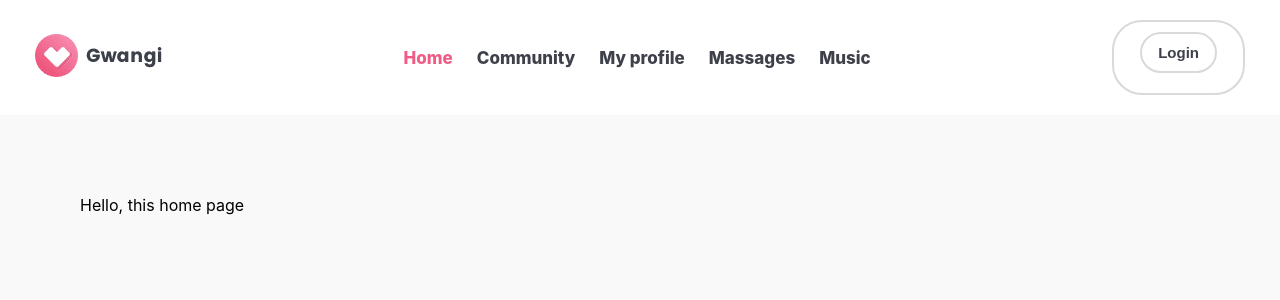
Repository: ShokunLiubov/Soc-Network-React
Page: /home
An editor plug-in stored every save of this project. The page is shown before and after the next save, followed by the edit.
The browser window is 1280 px wide. The pictures show the whole page.
The project was rebuilt for these pictures with package versions that can differ from the ones it lists, and the page was loaded fresh each time. Also part of the build but not shown: src/components/common/Paginator/Paginator.module.css, src/components/common/Paginator/Paginator.jsx, src/components/Community/Community.module.css, src/components/Community/Friend/Friend.jsx, src/components/Community/Community.jsx, src/components/common/Preloader/Preloader.jsx, src/components/Community/CommunityContainer.jsx, src/components/Dialogs/Dialogs.module.css and 13 more.

Above is the page before, as saved 2022-08-24 16:47:35.

After the next save:
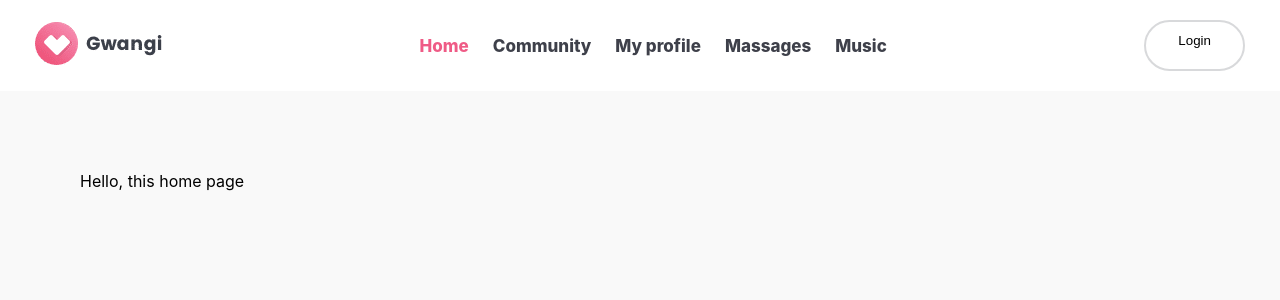
Saved 6 s later.
--- a/src/components/Navbar/Navbar.jsx
+++ b/src/components/Navbar/Navbar.jsx
@@ -24,7 +24,7 @@
                 </div>
             </nav>
             <NavLink to='/login' className={styles.login}>
-            <button className='button'>Login</button>
+            <button>Login</button>
             </NavLink>
 
         </div>

After the save that followed:
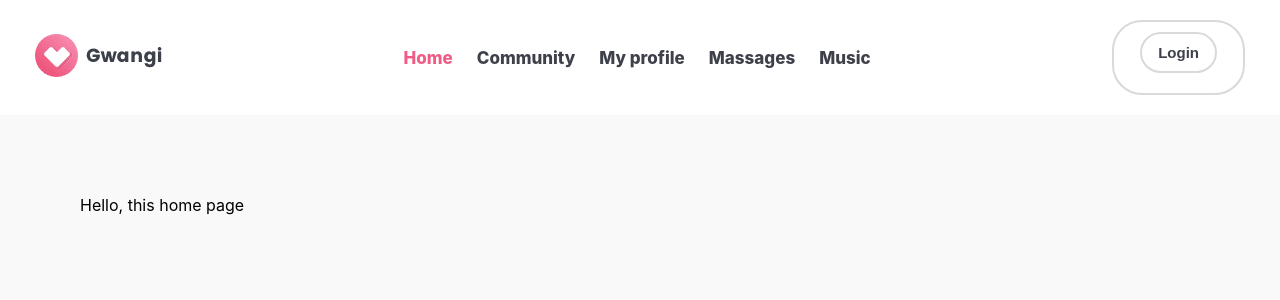
Saved 5 s later.
--- a/src/components/Navbar/Navbar.jsx
+++ b/src/components/Navbar/Navbar.jsx
@@ -24,7 +24,7 @@
                 </div>
             </nav>
             <NavLink to='/login' className={styles.login}>
-            <button>Login</button>
+            <button className='button'>Login</button>
             </NavLink>
 
         </div>
